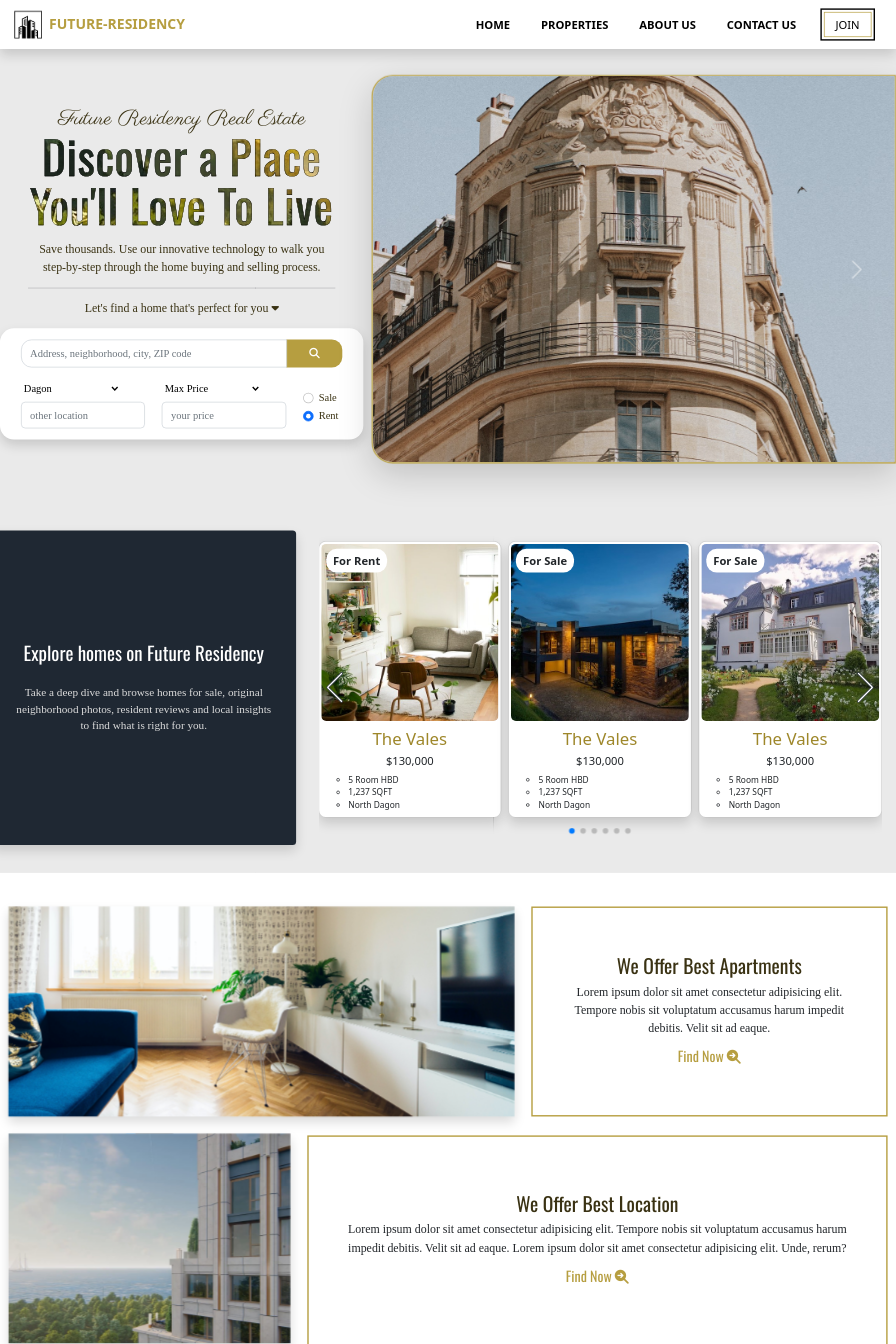
Repository: pyaestk/Future-residency
Page: index.html
The author's editor kept a copy of each file at every save. The page is drawn from the files as they stood at one save, then again after the next save.
The browser window is 1280 px wide. The pictures show the part of the page from y = 0 to 1920 px (the page is 2739 px tall before and 3239 px after), at 70% of full size.
Pictures or frames that could not be fetched are drawn as grey boxes. Some web fonts or font styles are not loaded; a fallback is used.

Above is the page before, as saved 2022-12-13 21:25:54.

### index.html
<!doctype html>
<html lang="en">

<head>
  <meta charset="utf-8">
  <meta name="viewport" content="width=device-width, initial-scale=1, minimum-scale=1, maximum-scale=1 ">
  <title>FUTURE-RESIDENCY</title>
  <!--bootstrap-->
  <link href="https://cdn.jsdelivr.net/npm/bootstrap@5.2.3/dist/css/bootstrap.min.css" rel="stylesheet"
    integrity="sha384-rbsA2VBKQhggwzxH7pPCaAqO46MgnOM80zW1RWuH61DGLwZJEdK2Kadq2F9CUG65" crossorigin="anonymous">

  <!--custom css-->
  <link rel="stylesheet" href="style.css" type="text/css">
  <link rel="stylesheet" href="styleMobileview.css" type="text/css">
  <link rel="stylesheet" href="styleTabletview.css" type="text/css">

  <!--font awesome-->
  <link rel="stylesheet" href="https://cdnjs.cloudflare.com/ajax/libs/font-awesome/6.2.1/css/all.min.css"
    integrity="sha512-MV7K8+y+gLIBoVD59lQIYicR65iaqukzvf/nwasF0nqhPay5w/9lJmVM2hMDcnK1OnMGCdVK+iQrJ7lzPJQd1w=="
    crossorigin="anonymous" referrerpolicy="no-referrer" />

  <!--swiper js-->
  <link rel="stylesheet" href="https://cdn.jsdelivr.net/npm/swiper@8/swiper-bundle.min.css" />

</head>

<body>

  <!-- background -->
  <div class="background"></div>

  <!--navigation-->
  <nav class="shadow">
    <div class="logo-area">
      <img src="img/FUTURE_ReSIDENCY-removebg-preview.png" alt="logo" class="logo">
      <span>FUTURE-RESIDENCY</span>
    </div>


    <!--desktop-->
    <div class="navlinks" id="nav-right">
      <div class="icon closeMenubar shadow" onclick="hideMenu()">
        <i class="fa-solid fa-xmark"></i>
      </div>
      <ul>
        <li><a href="#">HOME</a></li>
        <li><a href="properties.html">PROPERTIES</a></li>
        <li><a href="aboutUs.html">ABOUT US</a></li>
        <li><a href="contactUs.html">CONTACT US</a></li>
        <a href="singIn.html" class="navibutton">JOIN</a></li>
      </ul>
    </div>
    <div class="icon openMenubar">
      <i class="fa-solid fa-bars" onclick="showMenu()"></i>
    </div>
  </nav>
  <!--end navigation-->


  <!--jumbotron-->
  <div class="jumbotron mb-5">
    <div class="row mt-3">

      <div class="col-md-5 content">
        <div class="row px-5 text-center">
          <div class="col-md-12 mt-4 px-1">
            <div class="subtext text-center">
              <h4 class="mb-0">Future Residency Real Estate</h4>
            </div>
            <p>Discover a Place <br> You'll Love To Live</p>
            <div class="subtext my-2 text-center">
              <span>Save thousands. Use our innovative technology to walk you
                step-by-step through the home buying and selling process.</span>
            </div>
            <hr>
          </div>
        </div>

        <div class="row justify-content-md-center formsession">
          <div class="col-md-12">
            <div class="mb-3 text-center">
              <span style="--delay: .4s; ">
                Let's find a home that's perfect for you <i class="fa-sharp fa-solid fa-caret-down"></i>
              </span>
            </div>
            <div class="searchSection shadow  py-3 " style="--delay: 1s;">
              <div class="row">
                <div class="container input-group form-area mb-3 searchgroup">
                  <input type="text" class="form-control searchbar" placeholder="Address, neighborhood, city, ZIP code">
                  <button><i class="fa-solid fa-magnifying-glass"></i></button>
                </div>
              </div>
              <div class="row">
                <div class="col-md-5 col">
                  <select name="" id="">
                    <option value="">Dagon</option>
                    <option value="">North Dagon</option>
                    <option value="">Yankin</option>
                    <option value="">San Chaung</option>
                  </select>
                  <input type="text" class="form-control" placeholder="other location">
                </div>
                <div class="col-md-5 col">
                  <select name="" id="">
                    <option value="">Max Price</option>
                    <option value="">Average</option>
                    <option value="">Min Price</option>
                  </select>
                  <input type="text" class="form-control" placeholder="your price">
                </div>
                <div class="col-md-2 pt-3 col-3">
                  <div class="form-check">
                    <input class="form-check-input" type="radio" name="flexRadioDefault" id="flexRadioDefault1">
                    <label class="form-check-label" for="flexRadioDefault1">
                      Sale
                    </label>
                  </div>
                  <div class="form-check">
                    <input class="form-check-input" type="radio" name="flexRadioDefault" id="flexRadioDefault2" checked>
                    <label class="form-check-label" for="flexRadioDefault2">
                      Rent
                    </label>
                  </div>
                </div>
              </div>
            </div>
          </div>
        </div>
      </div>

      <div class="col-md-7 text-center customCarousel my-2">
        <div id="carouselExampleCaptions" class="carousel slide w-100" data-bs-ride="true">
          <div class="carousel-inner carouselborder shadow-lg">
            <div class="carousel-item">
              <video src="img/carouselvideo1.mp4" poster="img/video-poster.jpg" autoplay loop muted></video>
            </div>
            <div class="carousel-item">
              <img src="img/pexels-alesia-talkachova-2768311.jpg" alt="">
            </div>
            <div class="carousel-item active">
              <img src="img/pexels-mathias-reding-5331975.jpg" alt="">
            </div>
          </div>
          <button class="carousel-control-next" type="button" data-bs-target="#carouselExampleCaptions"
            data-bs-slide="next">
            <span class="carousel-control-next-icon" aria-hidden="true"></span>
            <span class="visually-hidden">Next</span>
          </button>
        </div>
      </div>
    </div>
  </div>
  <!--end jumbotron-->

  <div class="group1">
    <div class="row">

      <div class="col-md-4">
        <div class="row label2 shadow">
          <div class="col-md-12 text-center" >

            <h3 id="reveal2">Explore homes on Future Residency</h3>
            <p class="sublabel" id="reveal3" style="font-family: 'Cormorant Infant', serif;">
              Take a deep dive and browse homes for sale, original neighborhood photos, resident reviews and local
              insights to find what is right for you.
            </p>

          </div>
        </div>
      </div>

      <div class="col-md-8">

        <div class="row featuredcard">
          <div class="col-md-12">
            <!--index swiperJs-->
            <div class="swiper mySwiper">
              <div class="swiper-wrapper mb-4">
                <div class="swiper-slide">

                  <div class="card salecard shadow">
                    <div class="salecard-img">
                      <img src="img/apartment1.jpg" class="card-img-top" alt="...">
                      <div class="layer">
                        <a href="saleItem.html" class="text-decoration-none text-white"><h6> See More <i class="fa-sharp fa-solid fa-arrow-right-from-bracket"></i></h6></a>
                      </div>
                      <div class="layer2">
                        <span>For Rent</span>
                      </div>
                    </div>
                    <div class="salecard-body">
                      <div class="row">
                        <div class="col-md-12 text-center">
                          <h4>The Vales</h4>
                          <h6>$130,000</h6>
                        </div>
                        <div class="col-md-12">
                          <li>5 Room HBD</li>
                          <li>1,237 SQFT</li>
                          <li>North Dagon</li>
                        </div>
                      </div>
                    </div>
                  </div>

                </div>
                <div class="swiper-slide">

                  <div class="card salecard shadow">
                    <div class="salecard-img">
                      <img src="img/house3.jpg" class="card-img-top" alt="...">
                      <div class="layer">
                        <h6> See More <i class="fa-sharp fa-solid fa-arrow-right-from-bracket"></i></h6>
                      </div>
                      <div class="layer2">
                        <span>For Sale</span>
                      </div>
                    </div>
                    <div class="salecard-body">
                      <div class="row">
                        <div class="col-md-12 text-center">
                          <h4>The Vales</h4>
                          <h6>$130,000</h6>
                        </div>
                        <div class="col-md-12">
                          <li>5 Room HBD</li>
                          <li>1,237 SQFT</li>
                          <li>North Dagon</li>
                        </div>
                      </div>
                    </div>
                  </div>

                </div>
                <div class="swiper-slide">

                  <div class="card salecard shadow">
                    <div class="salecard-img">
                      <img src="img/house1.jpg" class="card-img-top" alt="...">
                      <div class="layer">
                        <h6> See More <i class="fa-sharp fa-solid fa-arrow-right-from-bracket"></i></h6>
                      </div>
                      <div class="layer2">
                        <span>For Sale</span>
                      </div>
                    </div>
                    <div class="salecard-body">
                      <div class="row">
                        <div class="col-md-12 text-center">
                          <h4>The Vales</h4>
                          <h6>$130,000</h6>
                        </div>
                        <div class="col-md-12">
                          <li>5 Room HBD</li>
                          <li>1,237 SQFT</li>
                          <li>North Dagon</li>
                        </div>
                      </div>
                    </div>
                  </div>

                </div>
                <div class="swiper-slide">

                  <div class="card salecard shadow">
                    <div class="salecard-img">
                      <img src="img/house5.jpg" class="card-img-top" alt="...">
                      <div class="layer">
                        <h6> See More <i class="fa-sharp fa-solid fa-arrow-right-from-bracket"></i></h6>
                      </div>
                      <div class="layer2">
                        <span>For Sale</span>
                      </div>
                    </div>
                    <div class="salecard-body">
                      <div class="row">
                        <div class="col-md-12 text-center">
                          <h4>The Vales</h4>
                          <h6>$130,000</h6>
                        </div>
                        <div class="col-md-12">
                          <li>5 Room HBD</li>
                          <li>1,237 SQFT</li>
                          <li>North Dagon</li>
                        </div>
                      </div>
                    </div>
                  </div>

                </div>
                <div class="swiper-slide">

                  <div class="card salecard shadow">
                    <div class="salecard-img">
                      <img src="img/house10.jpg" class="card-img-top" alt="...">
                      <div class="layer">
                        <h6> See More <i class="fa-sharp fa-solid fa-arrow-right-from-bracket"></i></h6>
                      </div>
                      <div class="layer2">
                        <span>For Sale</span>
                      </div>
                    </div>
                    <div class="salecard-body">
                      <div class="row">
                        <div class="col-md-12 text-center">
                          <h4>The Vales</h4>
                          <h6>$130,000</h6>
                        </div>
                        <div class="col-md-12">
                          <li>5 Room HBD</li>
                          <li>1,237 SQFT</li>
                          <li>North Dagon</li>
                        </div>
                      </div>
                    </div>
                  </div>

                </div>
                <div class="swiper-slide">

                  <div class="card salecard shadow">
                    <div class="salecard-img">
                      <img src="img/apartment5.jpg" class="card-img-top" alt="...">
                      <div class="layer">
                        <h6> See More <i class="fa-sharp fa-solid fa-arrow-right-from-bracket"></i></h6>
                      </div>
                      <div class="layer2">
                        <span>For Rent</span>
                      </div>
                    </div>
                    <div class="salecard-body">
                      <div class="row">
                        <div class="col-md-12 text-center">
                          <h4>The Vales</h4>
                          <h6>$130,000</h6>
                        </div>
                        <div class="col-md-12">
                          <li>5 Room HBD</li>
                          <li>1,237 SQFT</li>
                          <li>North Dagon</li>
                        </div>
                      </div>
                    </div>
                  </div>

                </div>

              </div>

              <div class="swiper-button-next" style="color: #ffffff;   -webkit-text-stroke-width: 1px;
              -webkit-text-stroke-color: #1F2833;"></div>

              <div class="swiper-button-prev text-light" style="color: #ffffff;   -webkit-text-stroke-width: 1px;
              -webkit-text-stroke-color: #1F2833;"></div>

              <div class="swiper-pagination"></div>
            </div>
          </div>
          <!--swiperJs end-->
        </div>
      </div>

    </div>
  </div>
  <!--group1 end-->




  <div class="container-fluid pt-5">
    <div class="row pic-container">
      <div class="col-md-7">
        <div class="pic1">
          <img class="shadow" src="img/jarek-ceborski-jn7uVeCdf6U-unsplash.jpg" alt="" id="reveal2">
        </div>
      </div>
      <div class=" col-md-5 d-flex flex-column justify-content-center">
        <div class="pic1-caption d-flex flex-column justify-content-center px-5 align-items-center" >
          <h3 id="reveal">We Offer Best Apartments</h3>
          <span id="reveal2">Lorem ipsum dolor sit amet consectetur adipisicing elit.
             Tempore nobis sit voluptatum accusamus harum impedit debitis.
             Velit sit ad eaque.
          </span>
          <a href="properties.html" class="text-decoration-none"><h6 id="reveal3">Find Now <i class="fa-solid fa-magnifying-glass-arrow-right"></i></h6></a>
        </div>
      </div>
    </div>
  </div>
  <div class="container-fluid pt-2">
    <div class="row mt-3">
      <div class="col-md-4 vid">
        <video class="shadow" src="img/1624370561481-FbR_sea_fin_2905 - converted with Clipchamp.mp4" muted autoplay loop poster="img/Screenshot 2022-12-05 124058.jpg" id="reveal2"></video>
      </div>
      <div class=" col-md-8 d-flex flex-column justify-content-center">
        <div class="vid-caption px-5 d-flex flex-column justify-content-center align-items-center" >
          <h3 id="reveal">We Offer Best Location</h3>
          <span id="reveal2">Lorem ipsum dolor sit amet consectetur adipisicing elit.
            Tempore nobis sit voluptatum accusamus harum impedit debitis.
            Velit sit ad eaque.
            Lorem ipsum dolor sit amet consectetur adipisicing elit. Unde, rerum?
          </span>
          <a href="properties.html" class="text-decoration-none"><h6 id="reveal3">Find Now <i class="fa-solid fa-magnifying-glass-arrow-right"></i></h6></a>
        </div>
      </div>

    </div>
  </div>

  <div class="container-fluid pt-2 mb-5">
    <div class="row mt-3 pic2-container">

      <div class=" col-md-5 d-flex flex-column justify-content-center">
        <div class="pic2-caption px-5 d-flex flex-column justify-content-center align-items-center">
          <h3 id="reveal">We Offer Best Houses</h3>
          <span id="reveal2">Lorem ipsum dolor sit amet consectetur adipisicing elit.
            Tempore nobis sit voluptatum accusamus harum impedit debitis.
            Velit sit ad eaque.
          </span>
          <a href="properties.html" class="text-decoration-none"><h6 id="reveal3">Find Now <i class="fa-solid fa-magnifying-glass-arrow-right"></i></h6></a>
        </div>
      </div>
      <div class="col-md-7 pic2">
        <img class="shadow" src="img/stephan-bechert-yFV39g6AZ5o-unsplash.jpg" alt="" id="reveal">
      </div>

    </div>
  </div>



  <!--footer-->
  <div class="footer pt-5">
    <div class="container text-center text-white">
      <div class="row">
        <div class="col-md-12 my-5" id="reveal3">
          <h2><img src="img/FUTURE_ReSIDENCY-removebg-preview-modified.png" alt="logo" class="logo pb-2"><span>
              FUTURE-RESIDENCY </span> Real Estate</h2>
        </div>
      </div>
      <div class="row pb-5 gap-5 justify-content-md-center">
        <div class="col col-md-3" id="reveal3">
          </ul>
          <h5>Our company</h5>
          <div>about us</div>
          <div>privacy policy</div>
          <div>terms of service</div>
        </div>
        <div class="col-md-auto" id="reveal3">
          <h5>Advertise with Us</h5>
          <div>list a property</div>
          <div>business solutions</div>
        </div>
        <div class="col col-md-3" id="reveal3">
          <h5>Let us Help</h5>
          <div>avoid scams</div>
          <div>contact us</div>
          <div>site map</div>
        </div>
      </div>
      <hr>
      <div class="row text-center pb-2">
        <div class="col-md-12">
          <span class="copyright" id="reveal3">© 2022 Rent Group Inc. All rights reserved. All photos, videos, text and other content
            are the property of Future-Residency Group Inc. APARTMENT GUIDE and the APARTMENT GUIDE Trade Dress
            are registered trademarks of Future-Residency Inc. or its affiliates.</span>
        </div>
      </div>
    </div>
  </div>



  <!--swiper js-->
  <script src="https://cdn.jsdelivr.net/npm/swiper@8/swiper-bundle.min.js"></script>

  <!--javascript-->
  <script src="app.js"></script>

  <!--bootstrap-->
  <script src="https://cdn.jsdelivr.net/npm/bootstrap@5.2.3/dist/js/bootstrap.bundle.min.js"
    integrity="sha384-kenU1KFdBIe4zVF0s0G1M5b4hcpxyD9F7jL+jjXkk+Q2h455rYXK/7HAuoJl+0I4"
    crossorigin="anonymous"></script>
</body>

</html>

### styleTabletview.css

/* mobile view */

@media only screen and (min-width: 768px) and (max-width: 1100px) {
   /* navigation */
  .logo-area span{
    display: none;
  }

  /* jumbotron */
  .jumbotron p{
    font-size: 30px;
    line-height: 35px;
  }
  .subtext h4, .subtext{
    font-size: 13px;
  }
  .indexBackground{
    background: linear-gradient(90deg, #EAEAEA 65%, #EAEAEA -30%);
  }
  .searchSection{
    margin: 10px 10px 10px 30px;
    padding: 10px 20px;
  }
  .carouselborder{
    height: 400px;
  }
  .carouselborder img{
    /* max-height: 129vh; */
    height: 400px;
  }
  .carousel-control-next{
    padding-right: 30px;
  }
  .formsession span{
    font-size: 13px;
  }
  /* jumbotron end */

  /* first group */
  .group1{
    padding-top: 10px;
    padding-bottom: 10px;
  }
  .label2{
    border-radius: 10px;
    padding: 40px 15px 40px 15px;
  }
  .label2 h3{
    font-size: 20px;
  }
  .sublabel{
    font-size: 13px;
    padding-top: 10px;
  }
  .salecard li{
    padding-left: 20px;
  }
  .featuredcard{
    padding: 0 10px;
  }
  /* second group */
  .label{
    color: #1F2833;
    background-color: white;
    margin: 0 10px;
    border-radius: 10px;
  }
  .label h3{
    font-size: 20px;
    padding: 20px 10px;
  }

  .housecard .salecard{
    width: 230px;
    padding: 0;
  }

  .salecard h6{
    font-size: 12px;
    padding-bottom: 0;
  }
  .salecard li{
    font-size: 10px;
    padding-left: 20px;
    list-style-type: circle;
  }
  .layer h5{
    font-size: 12px;
  }

  .layer2{
    font-size: 10px;
    padding: 3px 3px;
  }

  /* properties */
  .searchSection{
    font-size: 13px;
  }
  .searchSection input::placeholder{
    font-size: 13px;
  }

  /* aboutUs */
  .ourhistory .label2{
    color: white;
    background-color: #1F2833;
    padding: 10px;
    margin-right: 0!important;
  }
  .ourhistory .history{
    border-radius: 20px 5px 5px 20px;
    margin-left: 0!important;
  }
  .history{
    text-align: justify;
    font-size: 10px;
  }
  .locationsession{
    text-align: center;
    margin: 10px;
  }
  .about-caption{
    font-size: 13px;
  }
  .conclusion h3{
    font-size: 20px;
  }
  .conclusion p{
    font-size: 13px;
    text-align: justify;
  }

  /* contact us */
  .contactsession h3{
    font-size: 16px;
  }
  .card-text{
    font-size: 14px;
  }
  .contactCard{
    height: 300px;
  }
  .contactCard h4{
    font-size: 18px;
  }
  .contactCard h6{
    font-size: 14px;
  }
  .contactCard p{
    font-size: 12px;
  }
  .locationsession h4{
    font-size: 15px;
  }
  .question span{
    font-size: 13px;
  }

  /* sign in page */
  .login-form{
    margin-top: 25px;
    min-height: 60vh;
  }
  .login-video{
    margin-top: 25px;
  }
  .loginlayer{
    width: 270px;
  }
  .loginlayer h3{
    font-size: 20px;
  }
  .loginlayer h6{
    font-size: 13px;
  }

  /* saleitem page */
  .itemDetail{
    margin-top: 25px;
    margin-bottom: 30px;
  }
  .itemimage{
    position: relative;
    top: 25px;
  }
  }

Loaded but not shown: app.js (123 lines, source omitted); style.css (732 lines, source omitted); styleMobileview.css (261 lines, source omitted)

After the next save:
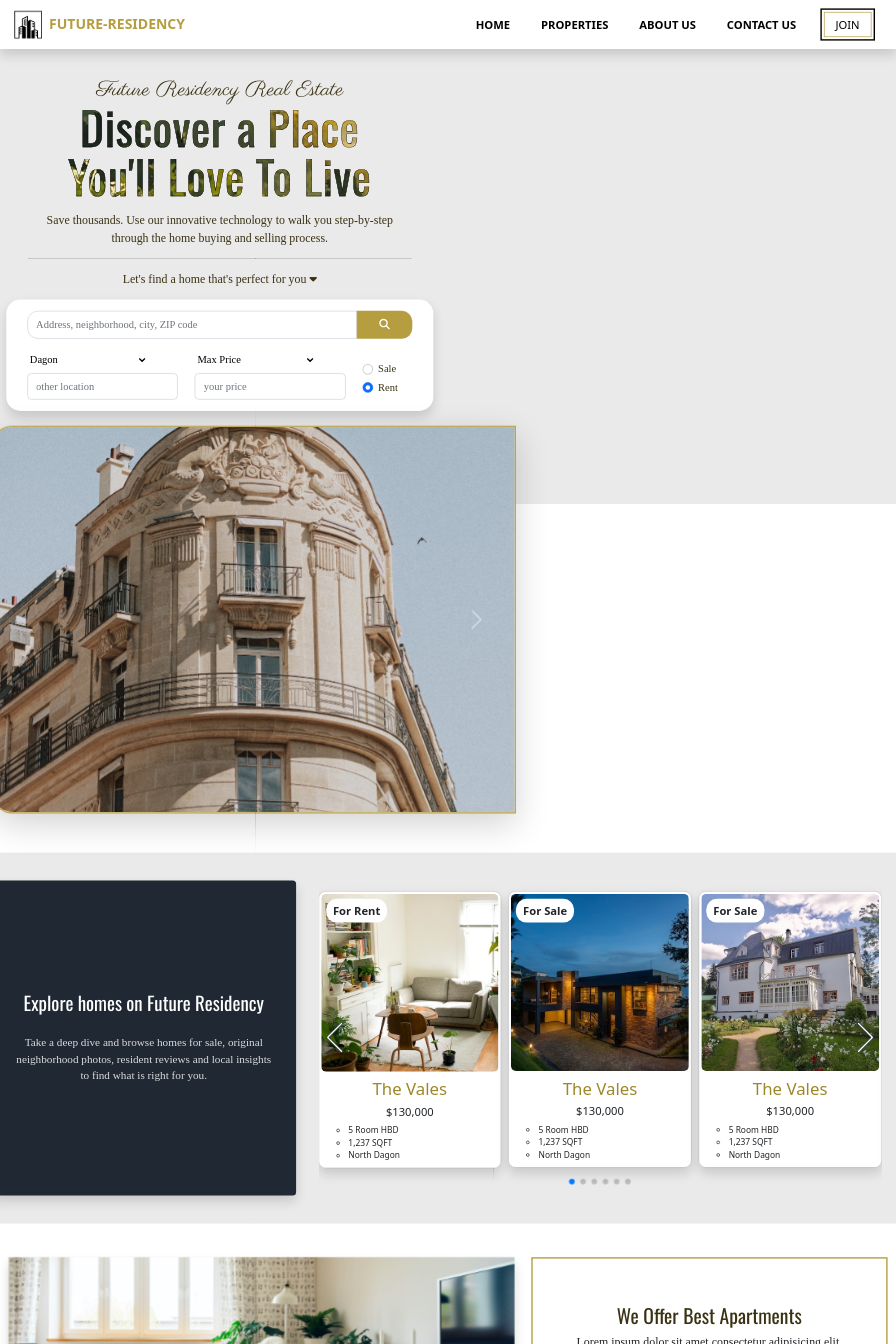
Saved 7 s later.
--- a/index.html
+++ b/index.html
@@ -61,7 +61,7 @@
   <div class="jumbotron mb-5">
     <div class="row mt-3">
 
-      <div class="col-md-5 content">
+      <div class="col-md-6 content">
         <div class="row px-5 text-center">
           <div class="col-md-12 mt-4 px-1">
             <div class="subtext text-center">
